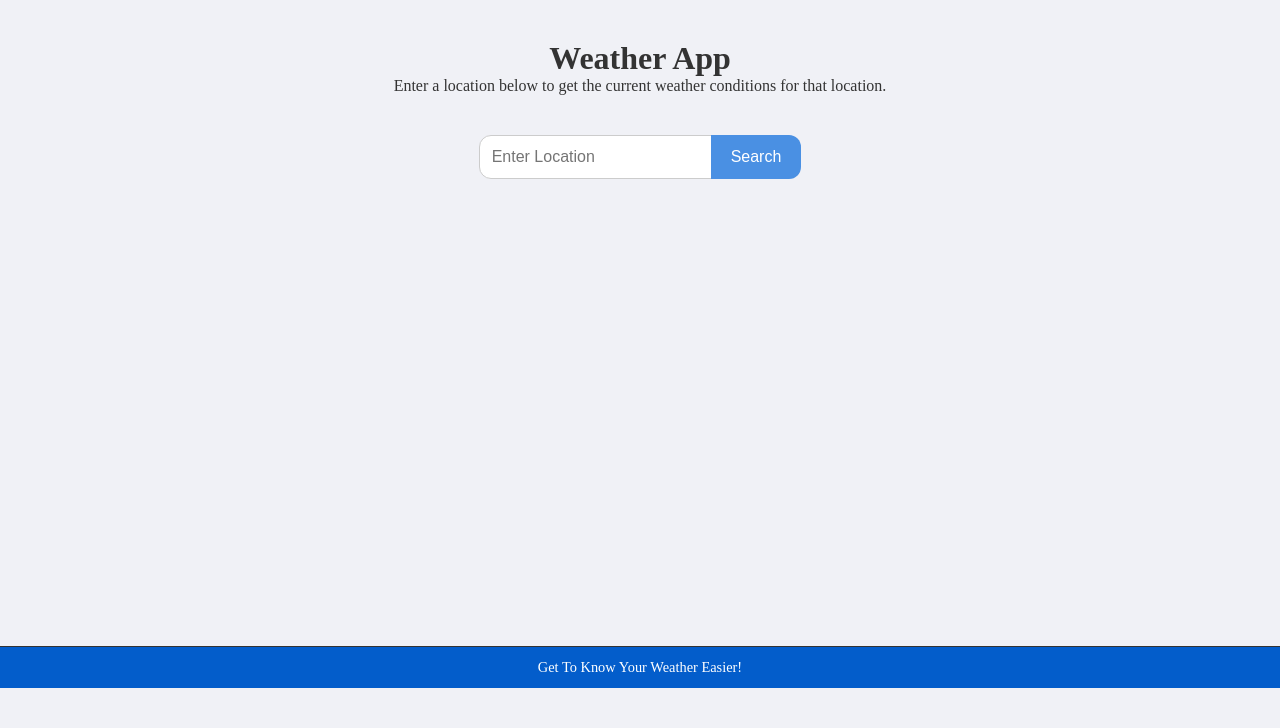
Repository: AlaaYou/Weather-App
Page: index.html
These files come from the project's save history. The page is drawn as it stood at one moment and after the next save; the edit follows.
The browser window is 1280 px wide. The pictures show the whole page.

Above is the page before, as saved 2024-10-20 23:55:57.

After the next save:
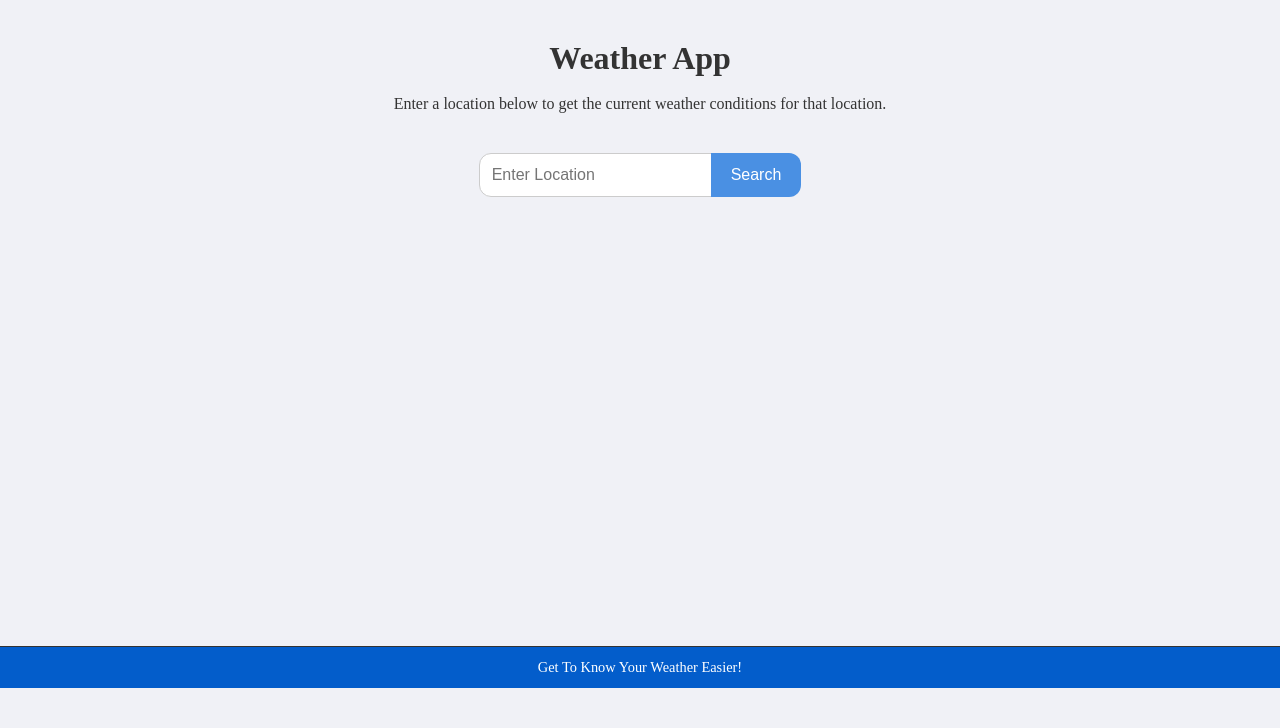
Saved 18 s later.
--- a/index.html
+++ b/index.html
@@ -9,7 +9,7 @@
   </head>
   <body>
     <header>
-      <h1>Weather App</h1>
+      <h1>Weather App</h1><br>
       <p>
         Enter a location below to get the current weather conditions for that
         location.
